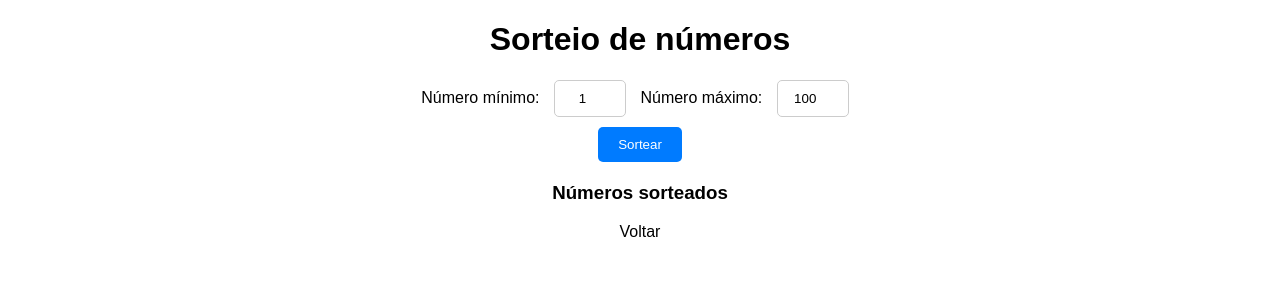
Repository: Matheus904-12/sorte
Page: sorteio-numeros.html
An editor plug-in stored every save of this project. The page is shown before and after the next save, followed by the edit.
The browser window is 1280 px wide. The pictures show the whole page.

Above is the page before, as saved 2023-09-10 19:28:43.

After the next save:
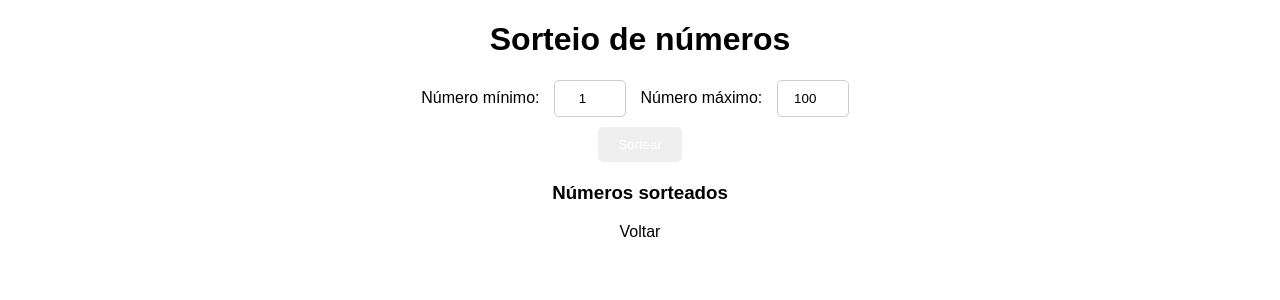
Saved 2 min 11 s later.
--- a/sorteio-numeros.html
+++ b/sorteio-numeros.html
@@ -34,7 +34,7 @@
 
     button {
       padding: 10px 20px;
-      background-color: #007bff;
+      background-color: ffd700;
       color: #fff;
       border: none;
       border-radius: 5px;
